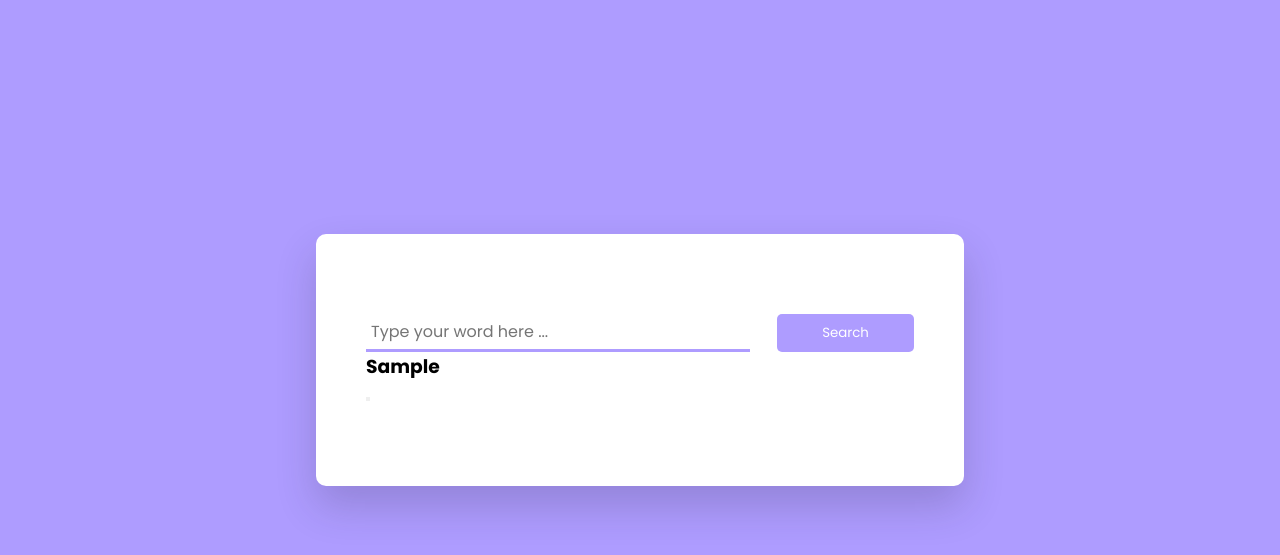
Repository: MohamedMostafaTaha/Translation_app
Page: index.html
These files come from the project's save history. The page is drawn as it stood at one moment and after the next save; the edit follows.
The browser window is 1280 px wide. The pictures show the whole page.

Above is the page before, as saved 2023-09-16 18:12:09.

After the next save:
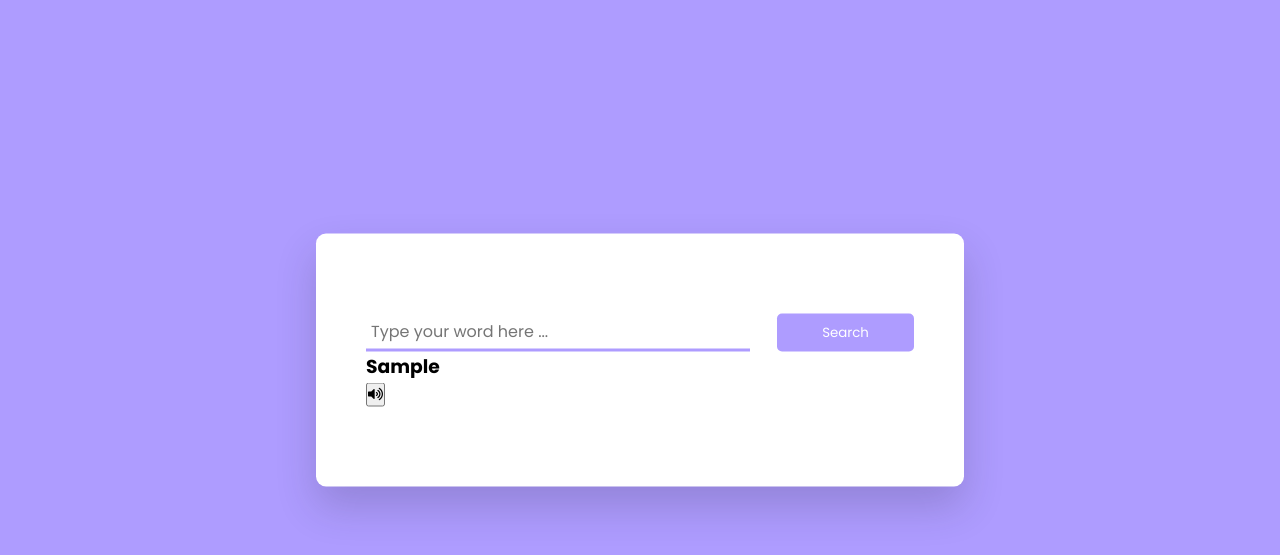
Saved 64 s later.
--- a/index.html
+++ b/index.html
@@ -30,7 +30,9 @@
       <div class="result">
         <div class="word">
           <h3>Sample</h3>
-          <button></button>
+          <button>
+            <i class="fas fa-volume-up"></i>
+          </button>
         </div>
       </div>
     </div>
